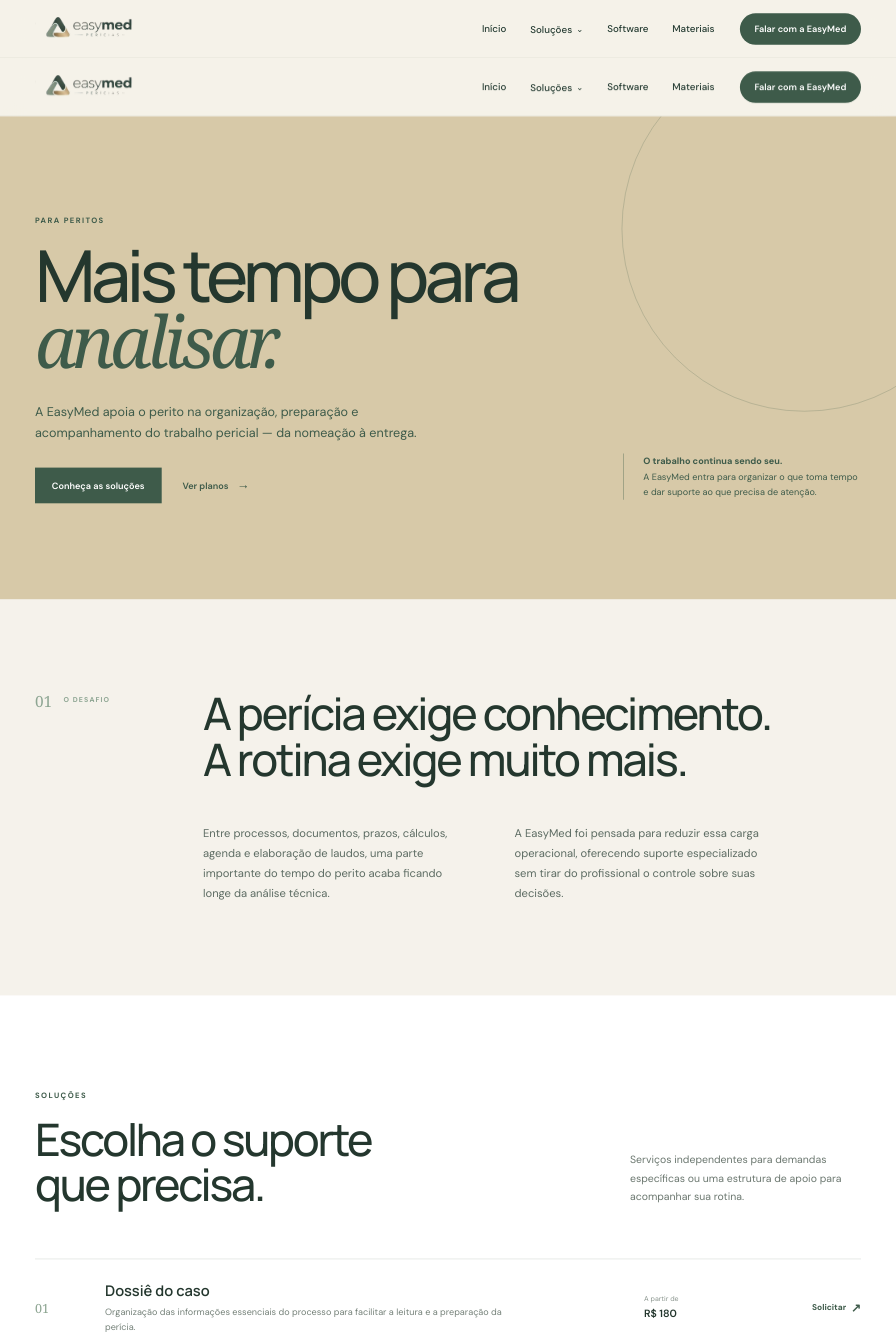
Repository: RenSkywalker/easymed
Page: /peritos
An editor plug-in stored every save of this project. The page is shown before and after the next save, followed by the edit.
The browser window is 1280 px wide. The pictures show the part of the page from y = 0 to 1920 px (the page is 5834 px tall before and 5751 px after), at 70% of full size.
The page's requests for data from a server got no answer. The project was rebuilt for these pictures with package versions that can differ from the ones it lists, and the page was loaded fresh each time. The framework's server and built-in components were replaced by stand-ins that run in the browser. No one was signed in, and anything a server would have sent is missing.

Above is the page before, as saved 2026-09-11 19:32:47.

### src/app/layout.tsx
import Header from "@/components/Header";
import Footer from "@/components/Footer";

import type { Metadata } from "next";
import "./globals.css";

const siteUrl = process.env.NEXT_PUBLIC_SITE_URL;

export const metadata: Metadata = {
  title: {
    default: "EasyMed Perícias | Suporte especializado para peritos",
    template: "%s | EasyMed Perícias",
  },

  description:
    "A EasyMed Perícias oferece suporte especializado para peritos, com serviços de cadastro em varas, pré-laudos, esclarecimentos e gestão de agenda.",

  keywords: [
    "EasyMed Perícias",
    "perícias",
    "suporte para peritos",
    "serviços para peritos",
    "cadastro em varas",
    "pré-laudos",
    "gestão de agenda para peritos",
  ],

  applicationName: "EasyMed Perícias",

  authors: [
    {
      name: "EasyMed Perícias",
    },
  ],

  creator: "EasyMed Perícias",
  publisher: "EasyMed Perícias",

  metadataBase: siteUrl ? new URL(siteUrl) : undefined,

  alternates: {
    canonical: "/",
  },

  openGraph: {
    type: "website",
    locale: "pt_BR",
    siteName: "EasyMed Perícias",
    title: "EasyMed Perícias | Suporte especializado para peritos",
    description:
      "Suporte especializado para peritos, da burocracia ao essencial.",
    images: [
      {
        url: "/logo.png",
        width: 1200,
        height: 630,
        alt: "EasyMed Perícias",
      },
    ],
  },

  twitter: {
    card: "summary_large_image",
    title: "EasyMed Perícias | Suporte especializado para peritos",
    description:
      "Suporte especializado para peritos, da burocracia ao essencial.",
    images: ["/logo.png"],
  },

  robots: {
    index: true,
    follow: true,
    googleBot: {
      index: true,
      follow: true,
      "max-image-preview": "large",
      "max-snippet": -1,
      "max-video-preview": -1,
    },
  },

  icons: {
    icon: "/logo.png",
  },
};

const organizationSchema = {
  "@context": "https://schema.org",
  "@type": "Organization",
  "@id": "#organization",
  name: "EasyMed Perícias",
  alternateName: "EasyMed",
  description:
    "Empresa especializada em suporte para profissionais que atuam com perícias.",
  logo: {
    "@type": "ImageObject",
    url: "/logo.png",
  },
  knowsAbout: [
    "Perícias",
    "Suporte para peritos",
    "Cadastro em varas",
    "Pré-laudos",
    "Esclarecimentos",
    "Gestão de agenda",
  ],
};

const websiteSchema = {
  "@context": "https://schema.org",
  "@type": "WebSite",
  "@id": "#website",
  name: "EasyMed Perícias",
  description:
    "Suporte especializado para profissionais que atuam com perícias.",
  publisher: {
    "@id": "#organization",
  },
  inLanguage: "pt-BR",
};

export default function RootLayout({
  children,
}: Readonly<{
  children: React.ReactNode;
}>) {
  return (
    <html lang="pt-BR">
      <head>
        <script
          type="application/ld+json"
          dangerouslySetInnerHTML={{
            __html: JSON.stringify(organizationSchema),
          }}
        />

        <script
          type="application/ld+json"
          dangerouslySetInnerHTML={{
            __html: JSON.stringify(websiteSchema),
          }}
        />
      </head>

      <body>
        <Header />

        {children}

        <Footer />
      </body>
    </html>
  );
}

### src/app/peritos/page.tsx
import Header from "@/components/Header";

const services = [
  {
    title: "Dossiê do caso",
    description:
      "Organização das informações essenciais do processo para facilitar a leitura e a preparação da perícia.",
    price: "R$ 180",
  },
  {
    title: "Pré-laudo estruturado",
    description:
      "Estruturação técnica das informações do caso para apoiar a elaboração do laudo.",
    price: "R$ 350",
  },
  {
    title: "Cálculos e auditoria",
    description:
      "Conferência e análise dos cálculos relacionados ao processo.",
    price: "R$ 120",
  },
  {
    title: "Esclarecimentos",
    description:
      "Apoio na organização e preparação de esclarecimentos relacionados ao trabalho pericial.",
    price: "R$ 100",
  },
  {
    title: "Assessoria de início",
    description:
      "Suporte para quem está começando na atuação como perito, desde a organização inicial até os primeiros processos.",
    price: "R$ 2.500 – R$ 4.500",
  },
  {
    title: "Pacote Processo completo",
    description:
      "Uma solução integrada para acompanhar as principais etapas de um processo pericial.",
    price: "R$ 500",
  },
];

const plans = [
  {
    name: "Essencial",
    price: "R$ 990",
    description: "Para quem precisa de suporte recorrente para sua rotina.",
  },
  {
    name: "Pleno",
    price: "R$ 1.890",
    description:
      "Para peritos com uma operação maior e necessidade de acompanhamento contínuo.",
    featured: true,
  },
  {
    name: "Full",
    price: "R$ 3.490",
    description:
      "Para uma estrutura mais completa de suporte e organização da atividade pericial.",
  },
];

export default function PeritosPage() {
  return (
    <>
      <Header />

      <main className="peritos-page">
        {/* HERO */}
        <section className="peritos-hero">
          <div className="peritos-hero-inner">
            <div className="peritos-hero-copy">
              <span className="section-eyebrow">PARA PERITOS</span>

              <h1>
                Mais tempo para
                <br />
                <em>analisar.</em>
              </h1>

              <p>
                A EasyMed apoia o perito na organização, preparação e
                acompanhamento do trabalho pericial — da nomeação à entrega.
              </p>

              <div className="peritos-hero-actions">
                <a href="#solucoes" className="btn-primary">
                  Conheça as soluções
                </a>

                <a href="#planos" className="btn-text">
                  Ver planos
                  <span>→</span>
                </a>
              </div>
            </div>

            <div className="peritos-hero-note">
              <div className="note-line" />

              <p>
                <strong>O trabalho continua sendo seu.</strong>
                <br />
                A EasyMed entra para organizar o que toma tempo e dar suporte
                ao que precisa de atenção.
              </p>
            </div>
          </div>
        </section>

        {/* INTRO */}
        <section className="peritos-intro">
          <div className="peritos-intro-label">
            <span>01</span>
            <p>O DESAFIO</p>
          </div>

          <div className="peritos-intro-content">
            <h2>
              A perícia exige conhecimento.
              <br />
              A rotina exige muito mais.
            </h2>

            <div className="peritos-intro-grid">
              <p>
                Entre processos, documentos, prazos, cálculos, agenda e
                elaboração de laudos, uma parte importante do tempo do perito
                acaba ficando longe da análise técnica.
              </p>

              <p>
                A EasyMed foi pensada para reduzir essa carga operacional,
                oferecendo suporte especializado sem tirar do profissional o
                controle sobre suas decisões.
              </p>
            </div>
          </div>
        </section>

        {/* SOLUÇÕES */}
        <section id="solucoes" className="peritos-solutions">
          <div className="section-heading">
            <div>
              <span className="section-eyebrow">SOLUÇÕES</span>

              <h2>
                Escolha o suporte
                <br />
                que precisa.
              </h2>
            </div>

            <p>
              Serviços independentes para demandas específicas ou uma estrutura
              de apoio para acompanhar sua rotina.
            </p>
          </div>

          <div className="service-list">
            {services.map((service, index) => (
              <article className="service-row" key={service.title}>
                <span className="service-number">
                  {String(index + 1).padStart(2, "0")}
                </span>

                <div className="service-main">
                  <h3>{service.title}</h3>
                  <p>{service.description}</p>
                </div>

                <div className="service-price">
                  <span>A partir de</span>
                  <strong>{service.price}</strong>
                </div>

                <a href="#contato" className="service-link">
                  Solicitar
                  <span>↗</span>
                </a>
              </article>
            ))}
          </div>
        </section>

        {/* PLANOS */}
        <section id="planos" className="peritos-plans">
          <div className="plans-heading">
            <span className="section-eyebrow">SUPORTE CONTÍNUO</span>

            <h2>
              Quando você precisa
              <br />
              de uma equipe ao lado.
            </h2>

            <p>
              Planos mensais para peritos que querem transformar tarefas
              operacionais em uma rotina mais organizada.
            </p>
          </div>

          <div className="plans-grid">
            {plans.map((plan) => (
              <article
                key={plan.name}
                className={`perito-plan ${plan.featured ? "featured" : ""}`}
              >
                {plan.featured && (
                  <span className="plan-featured">MAIS PROCURADO</span>
                )}

                <h3>{plan.name}</h3>

                <p>{plan.description}</p>

                <div className="plan-price">
                  <strong>{plan.price}</strong>
                  <span>/mês</span>
                </div>

                <a href="#contato" className="plan-button">
                  Quero este plano
                </a>
              </article>
            ))}
          </div>
        </section>

        {/* SOFTWARE */}
        <section className="peritos-software">
          <div className="software-copy">
            <span className="section-eyebrow">TECNOLOGIA</span>

            <h2>
              Sua operação pode ser
              <br />
              mais organizada.
            </h2>

            <p>
              Além do suporte especializado, a EasyMed está desenvolvendo uma
              plataforma para ajudar o perito a organizar seus processos,
              informações, critérios e rotina em um único ambiente.
            </p>

            <a href="/software" className="btn-light">
              Conheça o software
              <span>→</span>
            </a>
          </div>

          <div className="software-side">
            <span>01</span>
            <p>
              Organização
              <br />
              sem substituir
              <br />
              sua análise.
            </p>
          </div>
        </section>

        {/* MATERIAIS */}
        <section className="peritos-materials">
          <div className="materials-number">02</div>

          <div className="materials-copy">
            <span className="section-eyebrow">MATERIAIS</span>

            <h2>
              Conhecimento para
              <br />
              trabalhar melhor.
            </h2>

            <p>
              Modelos, prompts e conteúdos desenvolvidos para apoiar o perito
              em diferentes momentos da sua atuação profissional.
            </p>

            <a href="/materiais" className="btn-primary">
              Ver materiais
              <span>→</span>
            </a>
          </div>
        </section>

        {/* CTA */}
        <section id="contato" className="peritos-cta">
          <span className="section-eyebrow">EASYMED PERÍCIAS</span>

          <h2>
            Vamos organizar
            <br />
            sua rotina?
          </h2>

          <p>
            Conte o que você precisa e veja qual solução faz mais sentido para
            sua atuação.
          </p>

          <a href="mailto:contato@easymed.com.br" className="btn-primary">
            Falar com a EasyMed
            <span>→</span>
          </a>
        </section>
      </main>
    </>
  );
}

### src/components/Header.tsx
"use client";

import Link from "next/link";
import { usePathname } from "next/navigation";

export default function Header() {
  const pathname = usePathname();

  const handleCurrentPageClick = (
    event: React.MouseEvent<HTMLAnchorElement>,
    href: string
  ) => {
    if (pathname === href) {
      event.preventDefault();

      window.scrollTo({
        top: 0,
        behavior: "smooth",
      });
    }
  };

  return (
    <header className="site-header">
      <div className="container header-inner">

        <Link
          href="/"
          className="brand"
          aria-label="EasyMed Perícias"
          onClick={(event) =>
            handleCurrentPageClick(event, "/")
          }
        >
          <img
            src="/logo.png"
            alt="EasyMed Perícias"
            className="brand-logo"
          />
        </Link>

        <nav className="main-nav">

          <Link
            href="/"
            onClick={(event) =>
              handleCurrentPageClick(event, "/")
            }
          >
            Início
          </Link>

          <div className="nav-dropdown">

            <button
              type="button"
              className="nav-dropdown-trigger"
            >
              Soluções <span>⌄</span>
            </button>

            <div className="nav-dropdown-menu">

              <Link
                href="/peritos"
                onClick={(event) =>
                  handleCurrentPageClick(event, "/peritos")
                }
              >
                <strong>Peritos</strong>
                <small>
                  Suporte e gestão da rotina pericial
                </small>
              </Link>

              <Link
                href="/advogados/autor"
                onClick={(event) =>
                  handleCurrentPageClick(event, "/advogados/autor")
                }
              >
                <strong>
                  Advogado do reclamante
                </strong>
                <small>
                  Análise técnica e suporte à perícia
                </small>
              </Link>

              <Link
                href="/advogados/defesa"
                onClick={(event) =>
                  handleCurrentPageClick(event, "/advogados/defesa")
                }
              >
                <strong>
                  Advogado da defesa
                </strong>
                <small>
                  Estratégia técnica para a defesa
                </small>
              </Link>

              <Link
                href="/empresas"
                onClick={(event) =>
                  handleCurrentPageClick(event, "/empresas")
                }
              >
                <strong>Empresas</strong>
                <small>
                  Prevenção e suporte em perícias
                </small>
              </Link>

            </div>
          </div>

          <Link
            href="/software"
            onClick={(event) =>
              handleCurrentPageClick(event, "/software")
            }
          >
            Software
          </Link>

          <Link
            href="/materiais"
            onClick={(event) =>
              handleCurrentPageClick(event, "/materiais")
            }
          >
            Materiais
          </Link>

        </nav>

        <Link
          href="/contato"
          className="header-button"
          onClick={(event) =>
            handleCurrentPageClick(event, "/contato")
          }
        >
          Falar com a EasyMed
        </Link>

      </div>
    </header>
  );
}

### src/components/Footer.tsx
import Link from "next/link";

export default function Footer() {
  return (
    <footer className="site-footer">
      <div className="footer-main">

        <div className="footer-brand">
          <Link href="/" className="footer-logo">
            <img
              src="/logo.png"
              alt="EasyMed Perícias"
            />
          </Link>

          <p>
            Suporte especializado para quem trabalha
            com perícias e questões médico-legais.
          </p>
        </div>

        <div className="footer-column">
          <span className="footer-title">
            Soluções
          </span>

          <Link href="/peritos">
            Peritos
          </Link>

          <Link href="/advogados/autor">
            Advogado do reclamante
          </Link>

          <Link href="/advogados/defesa">
            Advogado da defesa
          </Link>

          <Link href="/empresas">
            Empresas
          </Link>
        </div>

        <div className="footer-column">
          <span className="footer-title">
            EasyMed
          </span>

          <Link href="/software">
            Software
          </Link>

          <Link href="/materiais">
            Materiais
          </Link>

          <Link href="/contato">
            Contato
          </Link>
        </div>

      </div>

      <div className="footer-bottom">
        <span>
          © {new Date().getFullYear()} EasyMed Perícias
        </span>

        <span>
          Da burocracia ao essencial.
        </span>
      </div>
    </footer>
  );
}

Loaded but not shown: src/app/globals.css (5467 lines, source omitted)

After the next save:
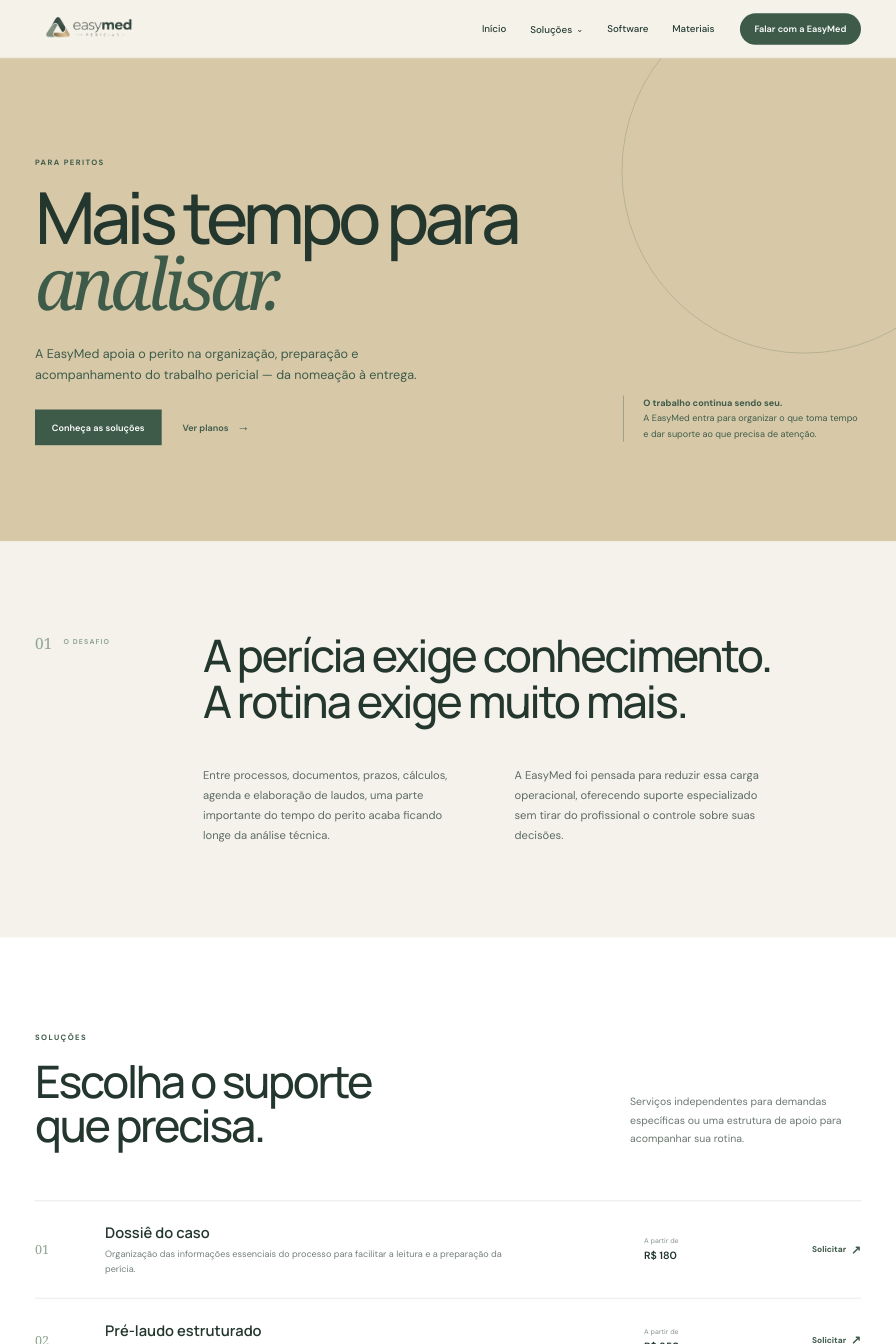
Saved 58 s later.
--- a/src/app/peritos/page.tsx
+++ b/src/app/peritos/page.tsx
@@ -1,5 +1,3 @@
-import Header from "@/components/Header";
-
 const services = [
   {
     title: "Dossiê do caso",
@@ -63,8 +61,6 @@
 export default function PeritosPage() {
   return (
     <>
-      <Header />
-
       <main className="peritos-page">
         {/* HERO */}
         <section className="peritos-hero">
